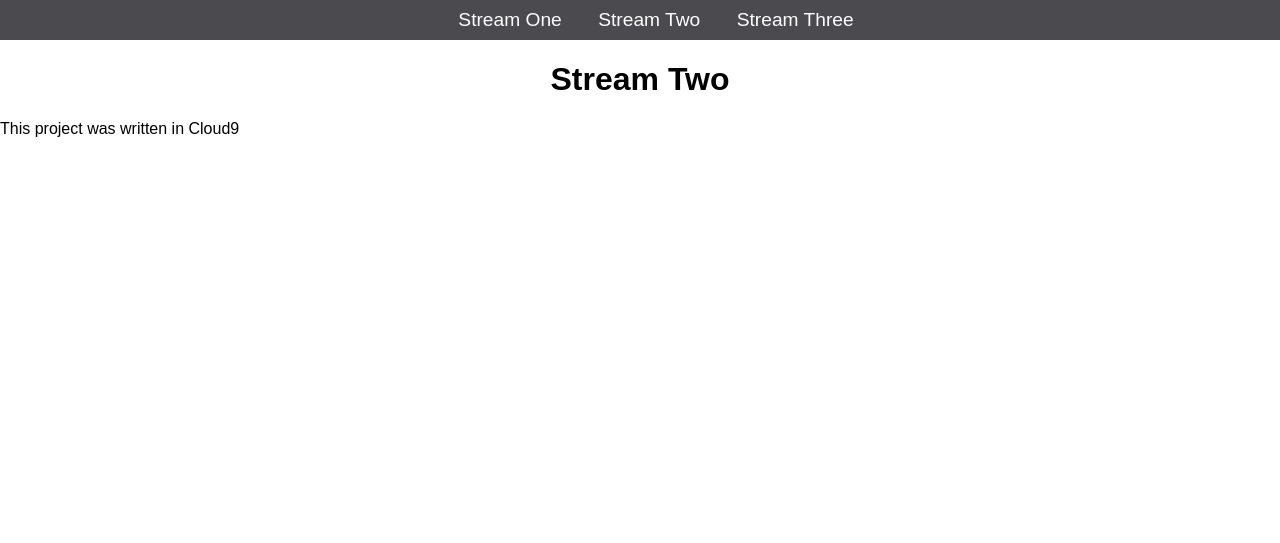
Repository: Sarani1612/my-first-website
Page: stream-two.html
The author's editor kept a record of every edit. The page is drawn from the files as they stood at one moment, then again after the next edit.
The browser window is 1280 px wide. The pictures show the whole page.

Above is the page before.

### stream-two.html
<!DOCTYPE html>
<html>
    <head>
        <title>Hello World</title>
        <link rel="stylesheet" href="css/style.css" type="text/css" />
    </head>
    <body>
        <nav>
            <ul>
                <li><a href="stream-one.html">Stream One</a></li>
                <li><a href="stream-two.html">Stream Two</a></li>
                <li><a href="stream-three.html">Stream Three</a></li>
            </ul>
        </nav>
        <h1>Stream Two</h1>
        <p>This project was written in Cloud9</p>
    </body>
</html>

### css/style.css
body {
    margin: 0;
    padding: 0;
    font-family: "Oswald", sans-serif;
}

nav ul {
    list-style: none;
    background-color: #4a4a4f;
    text-align: center;
    margin: 0;
    padding: 0;
}

nav li {
    font-size: 1.2em;
    line-height: 40px;
    height: 40px;
    display: inline-block;
    margin-left: 2.5%;
}

nav a {
    text-decoration: none;
    color: #ffffff;
    display: block;
}

nav a:hover {
    background-color: #ffffff;
    color: #4a4a4f;
}

.card {
    float: left;
    width: 20%;
    margin-left: 10%;
}

.card a {
    text-align: center;
}

img {
    width: 100%;
    height: 180px;
}

h1 {
    text-align: center;
}

After the next edit:
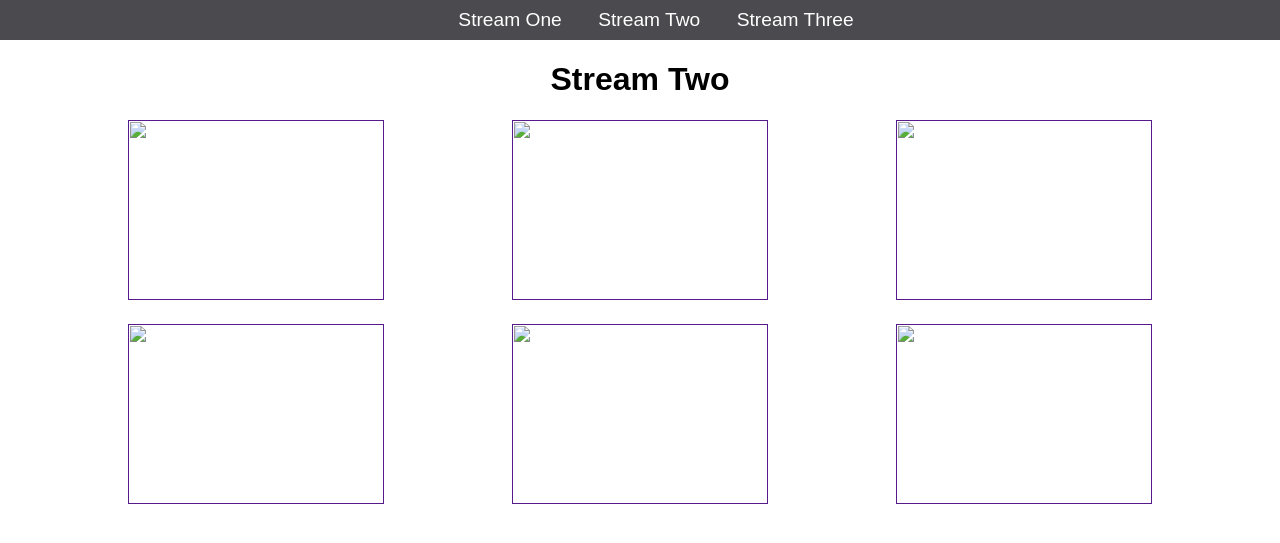
The edit:
--- a/stream-two.html
+++ b/stream-two.html
@@ -13,6 +13,41 @@
             </ul>
         </nav>
         <h1>Stream Two</h1>
-        <p>This project was written in Cloud9</p>
+        <div class="card">
+            <a href="">
+                <img src="" />
+                <h2></h2>
+            </a>
+        </div>
+        <div class="card">
+            <a href="">
+                <img src="" />
+                <h2></h2>
+            </a>
+        </div>
+        <div class="card">
+            <a href="">
+                <img src="" />
+                <h2></h2>
+            </a>
+        </div>
+        <div class="card">
+            <a href="">
+                <img src="" />
+                <h2></h2>
+            </a>
+        </div>
+        <div class="card">
+            <a href="">
+                <img src="" />
+                <h2></h2>
+            </a>
+        </div>
+        <div class="card">
+            <a href="">
+                <img src="" />
+                <h2></h2>
+            </a>
+        </div>
     </body>
 </html>
